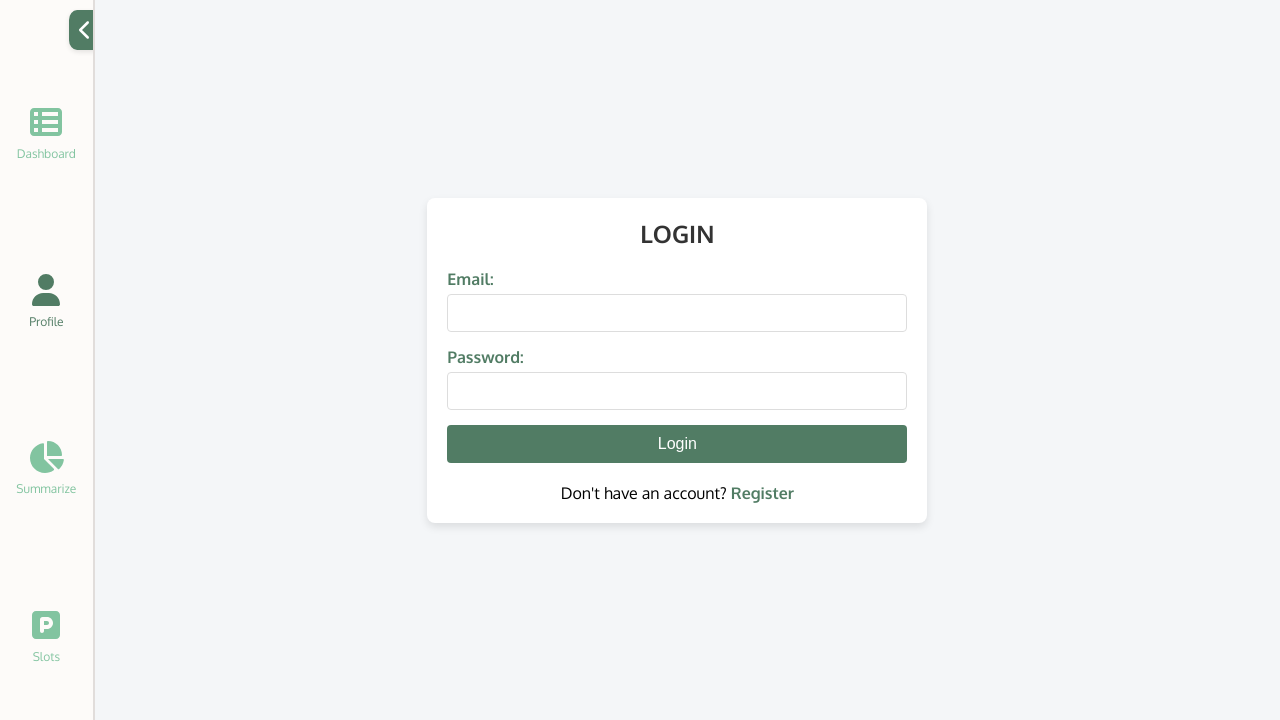
Repository: minhnhat2803/Thesis-Web-Mobile
Page: /summarize (app in client/)
An editor plug-in stored every save of this project. The page is shown before and after the next save, followed by the edit.
The browser window is 1280 px wide. The pictures show the whole page.
The project was rebuilt for these pictures with package versions that can differ from the ones it lists, and the page was loaded fresh each time. Also part of the build but not shown: client/vite.config.js, client/src/styles/Header.module.css, client/src/components/Header.jsx, client/src/styles/pages/Dashboard.module.css, client/src/actions/index.js, client/src/components/Dashboard.jsx, client/src/components/Table.jsx, client/src/styles/pages/Slots.module.css and 3 more.

Above is the page before, as saved 2024-12-21 17:39:43.

### client/index.html
<!DOCTYPE html>
<html lang="en">
  <head>
    <meta charset="UTF-8" />
    <link rel="icon" type="image/svg+xml" href="/vite.svg" />
    <meta name="viewport" content="width=device-width, initial-scale=1.0" />
    <title>iSP - Smart Parking System</title>
  </head>
  <body>
    <div id="root"></div>
    <script type="module" src="./src/main.jsx"></script>
  </body>
</html>

### client/src/main.jsx
import React from "react";
import ReactDOM from "react-dom/client";
import App from "./App";
import "./global.css";

ReactDOM.createRoot(document.getElementById("root")).render(
  <React.StrictMode>
    <App />
  </React.StrictMode>
);

### client/src/App.jsx
import React from "react";
import { BrowserRouter as Router, Routes, Route } from "react-router-dom";
import TabBar from "./components/TabBar";
import styles from "./styles/Container.module.css";
import classNames from "classnames/bind";
import Header from "./components/Header";
import Content from "./components/Dashboard";
import Table from "./components/Table";
import Slots from "./pages/Slots";
import Profile from "./pages/Profile";
import Summarize from "./pages/Summarize";
import ProtectedRoute from "../src/config/ProtectedRoute"; // Import ProtectedRoute
import { AuthProvider } from "../src/config/AuthContext"; // Import AuthProvider
import { ToastContainer } from "react-toastify";
import "react-toastify/dist/ReactToastify.css";

const cx = classNames.bind(styles);

function App() {
  return (
    <AuthProvider>
      <Router>
        <div className={cx("container")}>
          <ToastContainer />
          <div className={cx("dashboard-container")}>
            <TabBar />
            <div className={cx("main-content")}>
              <Routes>
                <Route path="/profile" element={<Profile />} />
                <Route
                  path="/dashboard"
                  element={
                    <ProtectedRoute>
                      <>
                        <Header />
                        <Content />
                        <Table />
                      </>
                    </ProtectedRoute>
                  }
                />
                <Route
                  path="/slots"
                  element={
                    <ProtectedRoute>
                      <Slots />
                    </ProtectedRoute>
                  }
                />
                <Route
                  path="/summarize"
                  element={
                    <ProtectedRoute>
                      <Summarize />
                    </ProtectedRoute>
                  }
                />
              </Routes>
            </div>
          </div>
        </div>
      </Router>
    </AuthProvider>
  );
}

export default App;

### client/src/global.css
@import url("https://fonts.googleapis.com/css2?family=Oxygen:wght@300;400;700&display=swap");

* {
  margin: 0;
  padding: 0;
  box-sizing: border-box;
  overflow-y: hidden;
}

body {
  background-color: #f4f6f8;
  font-family: "Oxygen", sans-serif;
  min-width: 100vh;
}

@media screen and (min-width: 740px) and (max-width: 1024px) {
  body {
    background-color: #cae8d9;
    font-family: "Oxygen", sans-serif;
    min-width: 740px;
  }
}

@media (max-width: 739px) {
  body {
    background-color: #cae8d9;
    font-family: "Oxygen", sans-serif;
    min-width: 740px;
  }
}

### client/src/components/TabBar.jsx
import React, { useEffect, useState } from "react";
import { useNavigate, useLocation } from "react-router-dom";
import classNames from "classnames/bind";
import styles from "../styles/TabBar.module.css";
import { FontAwesomeIcon } from "@fortawesome/react-fontawesome";
import {
  faTableList,
  faUser,
  faParking,
  faChartPie,
  faChevronLeft,
  faChevronRight,
} from "@fortawesome/free-solid-svg-icons";

const cx = classNames.bind(styles);

const tabs = [
  {
    index: 0,
    title: "Dashboard",
    icon: faTableList,
    path: "/dashboard",
  },
  {
    index: 1,
    title: "Profile",
    icon: faUser,
    path: "/profile",
  },
  {
    index: 2,
    title: "Summarize",
    icon: faChartPie,
    path: "/summarize",
  },
  {
    index: 3,
    title: "Slots",
    icon: faParking,
    path: "/slots",
  },
];

function TabBar() {
  const [click, setClick] = useState(0);
  const [isCollapsed, setIsCollapsed] = useState(false);
  const navigate = useNavigate();
  const location = useLocation();

  useEffect(() => {
    const currentTab = tabs.findIndex((tab) => tab.path === location.pathname);
    if (currentTab !== -1) {
      setClick(currentTab);
    }
  }, [location.pathname]);

  const handleTabClick = (index, path) => {
    setClick(index);
    navigate(path);
  };

  const toggleTabBar = () => {
    setIsCollapsed(!isCollapsed);
  };

  return (
    <div className={cx("tabBar-container", { collapsed: isCollapsed })}>
      <div className={cx("toggle-container")} onClick={toggleTabBar}>
        <FontAwesomeIcon
          icon={isCollapsed ? faChevronRight : faChevronLeft}
          size="lg"
        />
      </div>

      <div className={cx("tabs")}>
        {tabs.map((tab, index) => (
          <div
            key={index}
            onClick={() => handleTabClick(index, tab.path)}
            className={cx("tabCell-container")}
            style={
              click === index
                ? { color: "#517c64", height: `calc(100% / ${tabs.length})` }
                : { color: "#82c4a0", height: `calc(100% / ${tabs.length})` }
            }
          >
            <FontAwesomeIcon size="2x" icon={tab.icon} />
            {!isCollapsed && <p className={cx("tabCell-title")}>{tab.title}</p>}
          </div>
        ))}
      </div>
    </div>
  );
}

export default TabBar;

### client/src/styles/Container.module.css
.dashboard-container {
    width: 100%;
    height: 100vh;
    background-color: #f4f6f8;
    /* border-radius: 16px; */
    /* overflow: hidden; */
    display: flex;
    /* box-shadow: 5px 16px 10px rgba(0, 0, 0, 0.1); */
}

.main-content {
    width: 100%;
    margin-left: 80px;
    margin-right: 100px;
}

@media screen and (min-width: 740px) and (max-width: 1024px) {
    .dashboard-container {
        width: 100vw;
        height: auto;
        background-color: #f4f6f8;
        overflow: hidden;
        display: flex;
        box-shadow: 5px 16px 10px rgba(0, 0, 0, 0.1);
    }

    .main-content {
        width: 100vw;
        margin-left: 0px;
        margin-right: 0px;
    }
}

@media (max-width: 739px) {
    .dashboard-container {
        width: 100vw;
        height: auto;
        background-color: #f4f6f8;
        /* border-radius: 16px; */
        overflow: hidden;
        display: flex;
        flex-direction: column;
        box-shadow: 5px 16px 10px rgba(0, 0, 0, 0.1);
    }
    .main-content {
        width: 100vw;
        margin-left: 0px;
        margin-right: 0px;
    }
}

### client/src/pages/Profile.jsx
import React, { useState, useEffect } from "react";
import styles from "../styles/pages/Profile.module.css";
import { auth } from "../config/firebase";
import { createUserWithEmailAndPassword, signInWithEmailAndPassword } from "firebase/auth";
import { useAuth } from "../config/AuthContext"; // Import AuthContext để quản lý đăng nhập

function Profile() {
  const { login, logout } = useAuth(); // Lấy các hàm login và logout từ AuthContext
  const [isLogin, setIsLogin] = useState(true);
  const [userInfo, setUserInfo] = useState(null);
  const [showPassword, setShowPassword] = useState(false);
  const [selectedImage, setSelectedImage] = useState(null);

  useEffect(() => {
    const storedUserInfo = localStorage.getItem("userInfo");
    if (storedUserInfo) {
      setUserInfo(JSON.parse(storedUserInfo));
    }
  }, []);

  useEffect(() => {
    if (userInfo) {
      localStorage.setItem("userInfo", JSON.stringify(userInfo));
    }
  }, [userInfo]);

  const handleLoginSubmit = async (e) => {
    e.preventDefault();
    const email = e.target.elements[0].value;
    const password = e.target.elements[1].value;

    try {
      const userCredential = await signInWithEmailAndPassword(auth, email, password);
      const currentDateTime = new Date().toLocaleString();
      const loggedInUserInfo = {
        email: userCredential.user.email,
        lastLogin: currentDateTime,
      };

      login(loggedInUserInfo); // Cập nhật trạng thái đăng nhập trong AuthContext
      setUserInfo(loggedInUserInfo);
    } catch (error) {
      alert("Login failed: " + error.message);
    }
  };

  const handleRegisterSubmit = async (e) => {
    e.preventDefault();
    const email = e.target.elements[0].value;
    const password = e.target.elements[1].value;
    const confirmPassword = e.target.elements[2].value;

    if (password !== confirmPassword) {
      alert("Passwords do not match!");
      return;
    }

    try {
      const userCredential = await createUserWithEmailAndPassword(auth, email, password);
      const registeredUserInfo = {
        email: userCredential.user.email,
        lastLogin: new Date().toLocaleString(),
        profilePicture: selectedImage,
      };

      login(registeredUserInfo); // Cập nhật trạng thái đăng nhập trong AuthContext
      setUserInfo(registeredUserInfo);
      setIsLogin(true);
    } catch (error) {
      alert("Registration failed: " + error.message);
    }
  };

  const handleImageChange = (e) => {
    setSelectedImage(e.target.files[0]);
  };

  const handleLogout = () => {
    setUserInfo(null);
    logout(); // Xóa trạng thái đăng nhập từ AuthContext
    localStorage.removeItem("userInfo");
  };

  return (
    <div className={styles.profileContainer}>
      <div className={styles.formContainer}>
        {userInfo ? (
          <div className={styles.profileDetails}>
            <h2>Profile Information</h2>
            {userInfo.profilePicture && (
              <img src={URL.createObjectURL(userInfo.profilePicture)} alt="Profile" width="100" />
            )}
            <p>Email: {userInfo.email}</p>
            <p>Last Login: {userInfo.lastLogin}</p>
            <p>
              Password: <span>{showPassword ? userInfo.password : "******"}</span>
              <button onClick={() => setShowPassword(!showPassword)}>
                {showPassword ? "Hide" : "Show"}
              </button>
            </p>
            <button onClick={handleLogout}>Logout</button>
          </div>
        ) : isLogin ? (
          <div className={styles.loginForm}>
            <h2>LOGIN</h2>
            <form onSubmit={handleLoginSubmit}>
              <label>Email: <input type="email" required /></label>
              <label>Password: <input type="password" required /></label>
              <button type="submit">Login</button>
            </form>
            <p className={styles.toggleForm}>
              Don't have an account?{" "}
              <span onClick={() => setIsLogin(false)} className={styles.registerLink}>Register</span>
            </p>
          </div>
        ) : (
          <div className={styles.registerForm}>
            <h2>REGISTER</h2>
            <form onSubmit={handleRegisterSubmit}>
              <label>Email: <input type="email" required /></label>
              <label>Password: <input type="password" required /></label>
              <label>Confirm Password: <input type="password" required /></label>
              <label>Profile Picture: <input type="file" accept="image/*" onChange={handleImageChange} /></label>
              {selectedImage && (
                <div>
                  <p>Selected image: {selectedImage.name}</p>
                  <img src={URL.createObjectURL(selectedImage)} alt="Selected" width="100" />
                </div>
              )}
              <button type="submit">Register</button>
            </form>
            <p className={styles.toggleForm}>
              Already have an account?{" "}
              <span onClick={() => setIsLogin(true)} className={styles.loginLink}>Login</span>
            </p>
          </div>
        )}
      </div>
    </div>
  );
}

export default Profile;

### client/src/config/ProtectedRoute.jsx
// ProtectedRoute.js
import React from "react";
import { Navigate } from "react-router-dom";
import { useAuth } from "./AuthContext";

function ProtectedRoute({ children }) {
  const { user } = useAuth();

  return user ? children : <Navigate to="/profile" />;
}

export default ProtectedRoute;

### client/src/config/AuthContext.js
// AuthContext.js
import React, { createContext, useContext, useState, useEffect } from "react";

const AuthContext = createContext();

export function AuthProvider({ children }) {
  const [user, setUser] = useState(null);

  useEffect(() => {
    const storedUser = localStorage.getItem("userInfo");
    if (storedUser) {
      setUser(JSON.parse(storedUser));
    }
  }, []);

  const login = (userInfo) => {
    setUser(userInfo);
    localStorage.setItem("userInfo", JSON.stringify(userInfo));
  };

  const logout = () => {
    setUser(null);
    localStorage.removeItem("userInfo");
  };

  return (
    <AuthContext.Provider value={{ user, login, logout }}>
      {children}
    </AuthContext.Provider>
  );
}

export function useAuth() {
  return useContext(AuthContext);
}

### client/src/styles/TabBar.module.css
.tabBar-container {
  width: 120px;
  background-color: #fdfbf9;
  border-right: 2px solid #aaa0a057;
  display: flex;
  flex-direction: column;
  justify-content: space-between;
  transition: width 0.3s;
  position: relative;
}

.tabBar-container.collapsed {
  width: 50px;
}

.toggle-container {
  position: absolute;
  top: 10px;
  right: -9px; /* Điều chỉnh lại khoảng cách để nút toggle nằm ngoài tab bar */
  cursor: pointer;
  z-index: 10;
  background-color: #517c64; /* Đặt nền nút toggle thành màu đen */
  color: #fff; /* Đặt màu icon thành trắng */
  padding: 10px;
  border-radius: 25%;
  box-shadow: 0 2px 5px rgba(0, 0, 0, 0.1); /* Thêm bóng để dễ nhận diện */
}

.tabs {
  width: 100%;
  height: 100%;
  display: flex;
  flex-direction: column;
  justify-content: space-around;
  padding-top: 50px; /* Đảm bảo không bị che khuất bởi nút toggle */
}

.tabCell-container {
  width: 100%;
  display: flex;
  flex-direction: column;
  justify-content: center;
  align-items: center;
  cursor: pointer;
  padding: 10px 0;
}

.tabCell-title {
  margin-top: 8px;
  font-size: 12px;
}

@media (max-width: 739px) {
  .tabBar-container {
    width: 100vw;
    height: 10vh;
    display: flex;
    border-bottom: 3px solid #0000001a;
    align-items: center;
  }
  .tabs {
    width: 100%;
    height: 80%;
    display: flex;
  }
  .tabCell-container {
    display: none;
  }
}

### client/src/styles/Table.module.css
::-webkit-scrollbar {
  display: none;
}

.table-container {
  overflow-y: scroll;
  max-height: 41vh;
  border: 2px solid rgba(0, 0, 0, 0.125);
  border-bottom: none;
  border-top-right-radius: 12px;
  border-top-left-radius: 12px;
}

table {
  border-collapse: collapse;
  width: 100%;
  margin: 0 auto;
}

.interact-row {
  width: 100%;
  display: flex;
  justify-content: space-between;
  align-items: center;
  padding: 0px 16px;
  margin-top: 12px;
}

.select-type {
  width: 25%;
  height: 32px;
  border-radius: 8px;
  border: 1px solid rgba(0, 0, 0, 0.327);
  color: #616161;
}

.export-btn {
  width: 15%;
  height: 32px;
  font-size: 18px;
  background-color: #517c64;
  border: none;
  border-radius: 8px;
  font-weight: bold;
  color: white;
}

.export-btn:hover {
  background-color: #294335;
  color: white;
}

.refresh-btn {
  width: fit-content;
  padding: 8px;
  display: flex;
  justify-content: center;
  align-items: center;
  height: 32px;
  font-size: 18px;
  background-color: #517c64;
  border: none;
  border-radius: 50%;
  font-weight: bold;
  color: white;
}

.refresh-btn:hover {
  opacity: 0.8;
}

thead {
  position: sticky;
  top: 0;
  z-index: 1;
  background-color: whitesmoke;
}

td,
th {
  text-align: center;
}

.header {
  width: calc(100% / 7);
  font-weight: bold;
}

td {
  padding-top: 24px;
  padding-bottom: 12px;
}

@media screen and (min-width: 740px) and (max-width: 1024px) {
  ::-webkit-scrollbar {
    display: none;
  }
  .table-container {
    overflow: scroll;
    width: 80vw;
    border-bottom: none;
    margin: auto;
  }
}

@media (max-width: 739px) {
  ::-webkit-scrollbar {
    display: none;
  }
  .table-container {
    overflow: scroll;
    width: 100vw;
    border-bottom: none;
    margin: auto;
  }
}

.export-btn {
  width: 15%;
  height: 32px;
  font-size: 14px;
  background-color: #517c64;
  border: none;
  border-radius: 8px;
  font-weight: bold;
  color: white;
}

### client/src/styles/pages/Profile.module.css
.profileContainer {
    display: flex;
    justify-content: center;
    align-items: center;
    height: 100vh;
    background-color: #f4f6f8;
    padding: 50px; /* Giảm padding để tiết kiệm không gian hơn */
  }

  .formContainer {
    background-color: #ffffff;
    border-radius: 8px;
    box-shadow: 0px 4px 8px rgba(0, 0, 0, 0.1);
    padding: 20px;
    width: 100%;
    height: auto; /* Thay đổi height để tự động điều chỉnh theo nội dung */
    max-width: 500px; /* Giới hạn chiều rộng tối đa */
  }

  h2 {
    margin-bottom: 20px;
    font-size: 24px;
    text-align: center;
    color: #333;
  }

  form {
    display: flex;
    flex-direction: column;
  }

  label {
    margin-bottom: 15px;
    font-weight: bold;
    color: #517c64;
  }

  input[type="email"],
  input[type="password"],
  input[type="text"],
  input[type="file"] {
    width: 100%;
    padding: 10px;
    margin-top: 5px;
    border: 1px solid #ddd;
    border-radius: 4px;
    font-size: 14px;
  }

  input[type="file"] {
    padding: 5px;
  }

  button {
    padding: 10px;
    border: none;
    border-radius: 4px;
    background-color: #517c64;
    color: white;
    font-size: 16px;
    cursor: pointer;
    margin-bottom: 10px;
  }

  button:hover {
    background-color: #3e6b53;
  }

  .profileDetails {
    text-align: center;
  }

  .profileDetails button {
    width: 100%;
    margin-top: 20px;
  }

  .profileDetails img {
    border-radius: 50%;
    width: 100px;
    height: 100px;
    object-fit: cover;
    margin-bottom: 15px;
    box-shadow: 0px 4px 8px rgba(0, 0, 0, 0.1);
  }

  .profileDetails p {
    font-size: 16px;
    margin-bottom: 10px;
    color: #333;
  }

  .profileDetails ul {
    list-style-type: none;
    padding: 0;
  }

  .profileDetails ul li {
    font-size: 14px;
    margin-bottom: 5px;
    color: #666;
  }

  .profileDetails span {
    color: #517c64;
    cursor: pointer;
    font-weight: bold;
  }

  .profileDetails span:hover {
    text-decoration: underline;
  }

  /* Hiển thị ảnh xem trước */
  img {
    margin-top: 10px;
    max-width: 100px;
    border-radius: 4px;
    box-shadow: 0px 2px 4px rgba(0, 0, 0, 0.1);
  }

  /* Định dạng cho dòng chữ bên dưới nút */
  .loginForm p,
.registerForm p {
  text-align: center; /* Căn giữa văn bản */
  margin-top: 10px; /* Khoảng cách phía trên */
}

.loginForm span,
.registerForm span {
  color: #517c64; /* Màu xanh lá */
  font-weight: bold; /* In đậm chữ */
  cursor: pointer; /* Con trỏ khi hover */
}

.loginForm span:hover,
.registerForm span:hover {
  text-decoration: underline; /* Gạch chân khi hover */
}

  /* Media Queries */
  @media (max-width: 1024px) {
    .formContainer {
      padding: 15px;
    }

    h2 {
      font-size: 22px;
    }

    button {
      font-size: 14px;
    }

    input[type="file"] {
      padding: 5px;
    }
  }

  @media (max-width: 768px) {
    .formContainer {
      width: 100%;
      max-width: 300px;
      padding: 10px;
    }

    h2 {
      font-size: 20px;
    }

    input {
      padding: 8px;
    }

    button {
      font-size: 14px;
      padding: 8px;
    }

    p {
      font-size: 14px;
    }

    img {
      max-width: 80px;
    }
  }

  @media (max-width: 480px) {
    .formContainer {
      width: 100%;
      padding: 10px;
    }

    h2 {
      font-size: 18px;
    }

    input {
      padding: 6px;
    }

    button {
      font-size: 12px;
      padding: 6px;
    }

    p {
      font-size: 12px;
    }

    img {
      max-width: 70px;
    }

    span {
      font-size: 12px;
    }
  }

Loaded but not shown: client/src/config/firebase.js (35 lines, source omitted)

After the next save:
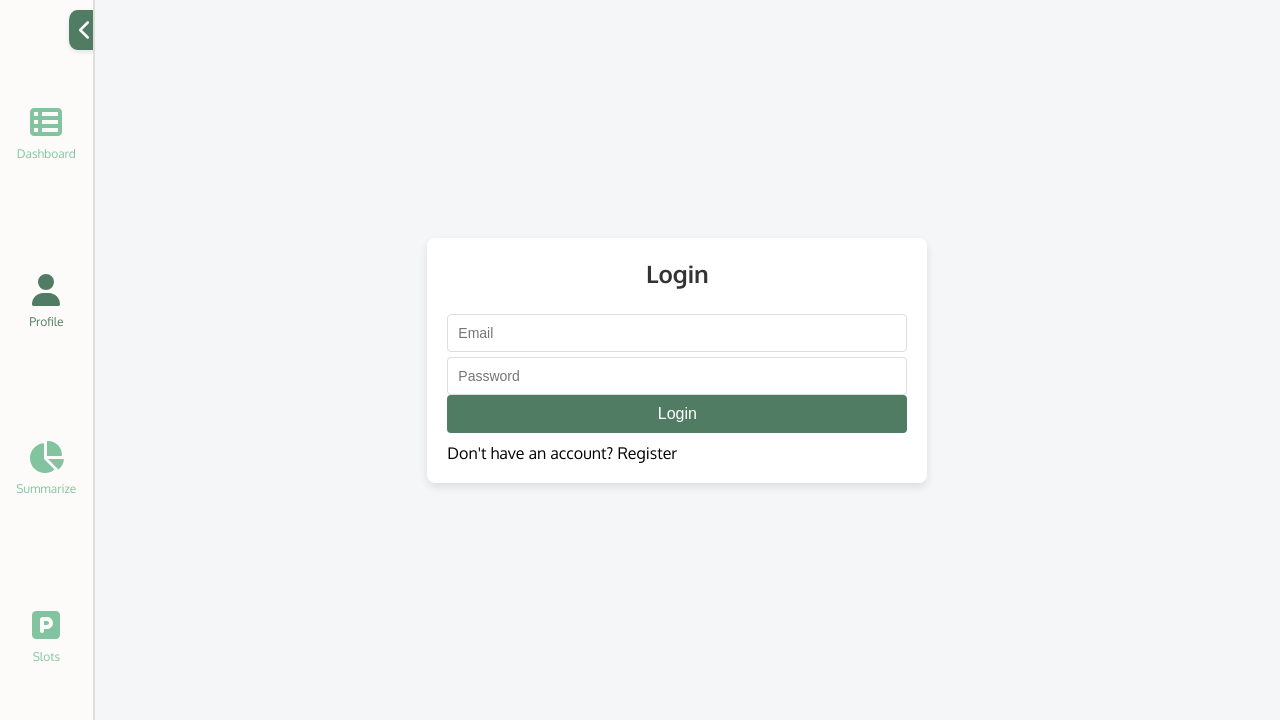
Saved 5 h 1 min later.
--- a/client/src/pages/Profile.jsx
+++ b/client/src/pages/Profile.jsx
@@ -2,10 +2,10 @@ import React, { useState, useEffect } from "react";
 import styles from "../styles/pages/Profile.module.css";
 import { auth } from "../config/firebase";
 import { createUserWithEmailAndPassword, signInWithEmailAndPassword } from "firebase/auth";
-import { useAuth } from "../config/AuthContext"; // Import AuthContext để quản lý đăng nhập
+import { useAuth } from "../config/AuthContext";
 
 function Profile() {
-  const { login, logout } = useAuth(); // Lấy các hàm login và logout từ AuthContext
+  const { login, logout } = useAuth();
   const [isLogin, setIsLogin] = useState(true);
   const [userInfo, setUserInfo] = useState(null);
   const [showPassword, setShowPassword] = useState(false);
@@ -36,8 +36,7 @@ function Profile() {
         email: userCredential.user.email,
         lastLogin: currentDateTime,
       };
-
-      login(loggedInUserInfo); // Cập nhật trạng thái đăng nhập trong AuthContext
+      login(loggedInUserInfo);
       setUserInfo(loggedInUserInfo);
     } catch (error) {
       alert("Login failed: " + error.message);
@@ -62,10 +61,8 @@ function Profile() {
         lastLogin: new Date().toLocaleString(),
         profilePicture: selectedImage,
       };
-
-      login(registeredUserInfo); // Cập nhật trạng thái đăng nhập trong AuthContext
+      login(registeredUserInfo);
       setUserInfo(registeredUserInfo);
-      setIsLogin(true);
     } catch (error) {
       alert("Registration failed: " + error.message);
     }
@@ -77,7 +74,7 @@ function Profile() {
 
   const handleLogout = () => {
     setUserInfo(null);
-    logout(); // Xóa trạng thái đăng nhập từ AuthContext
+    logout();
     localStorage.removeItem("userInfo");
   };
 
@@ -94,46 +91,27 @@ function Profile() {
             <p>Last Login: {userInfo.lastLogin}</p>
             <p>
               Password: <span>{showPassword ? userInfo.password : "******"}</span>
-              <button onClick={() => setShowPassword(!showPassword)}>
-                {showPassword ? "Hide" : "Show"}
-              </button>
+              <button onClick={() => setShowPassword(!showPassword)}>Show/Hide</button>
             </p>
             <button onClick={handleLogout}>Logout</button>
           </div>
-        ) : isLogin ? (
-          <div className={styles.loginForm}>
-            <h2>LOGIN</h2>
-            <form onSubmit={handleLoginSubmit}>
-              <label>Email: <input type="email" required /></label>
-              <label>Password: <input type="password" required /></label>
-              <button type="submit">Login</button>
-            </form>
-            <p className={styles.toggleForm}>
-              Don't have an account?{" "}
-              <span onClick={() => setIsLogin(false)} className={styles.registerLink}>Register</span>
+        ) : (
+          <form onSubmit={isLogin ? handleLoginSubmit : handleRegisterSubmit}>
+            <h2>{isLogin ? "Login" : "Register"}</h2>
+            <input type="email" placeholder="Email" required />
+            <input type="password" placeholder="Password" required />
+            {!isLogin && <input type="password" placeholder="Confirm Password" required />}
+            {!isLogin && (
+              <input type="file" accept="image/*" onChange={handleImageChange} />
+            )}
+            <button type="submit">{isLogin ? "Login" : "Register"}</button>
+            <p>
+              {isLogin ? "Don't have an account?" : "Already have an account?"}{" "}
+              <span onClick={() => setIsLogin(!isLogin)}>
+                {isLogin ? "Register" : "Login"}
+              </span>
             </p>
-          </div>
-        ) : (
-          <div className={styles.registerForm}>
-            <h2>REGISTER</h2>
-            <form onSubmit={handleRegisterSubmit}>
-              <label>Email: <input type="email" required /></label>
-              <label>Password: <input type="password" required /></label>
-              <label>Confirm Password: <input type="password" required /></label>
-              <label>Profile Picture: <input type="file" accept="image/*" onChange={handleImageChange} /></label>
-              {selectedImage && (
-                <div>
-                  <p>Selected image: {selectedImage.name}</p>
-                  <img src={URL.createObjectURL(selectedImage)} alt="Selected" width="100" />
-                </div>
-              )}
-              <button type="submit">Register</button>
-            </form>
-            <p className={styles.toggleForm}>
-              Already have an account?{" "}
-              <span onClick={() => setIsLogin(true)} className={styles.loginLink}>Login</span>
-            </p>
-          </div>
+          </form>
         )}
       </div>
     </div>
